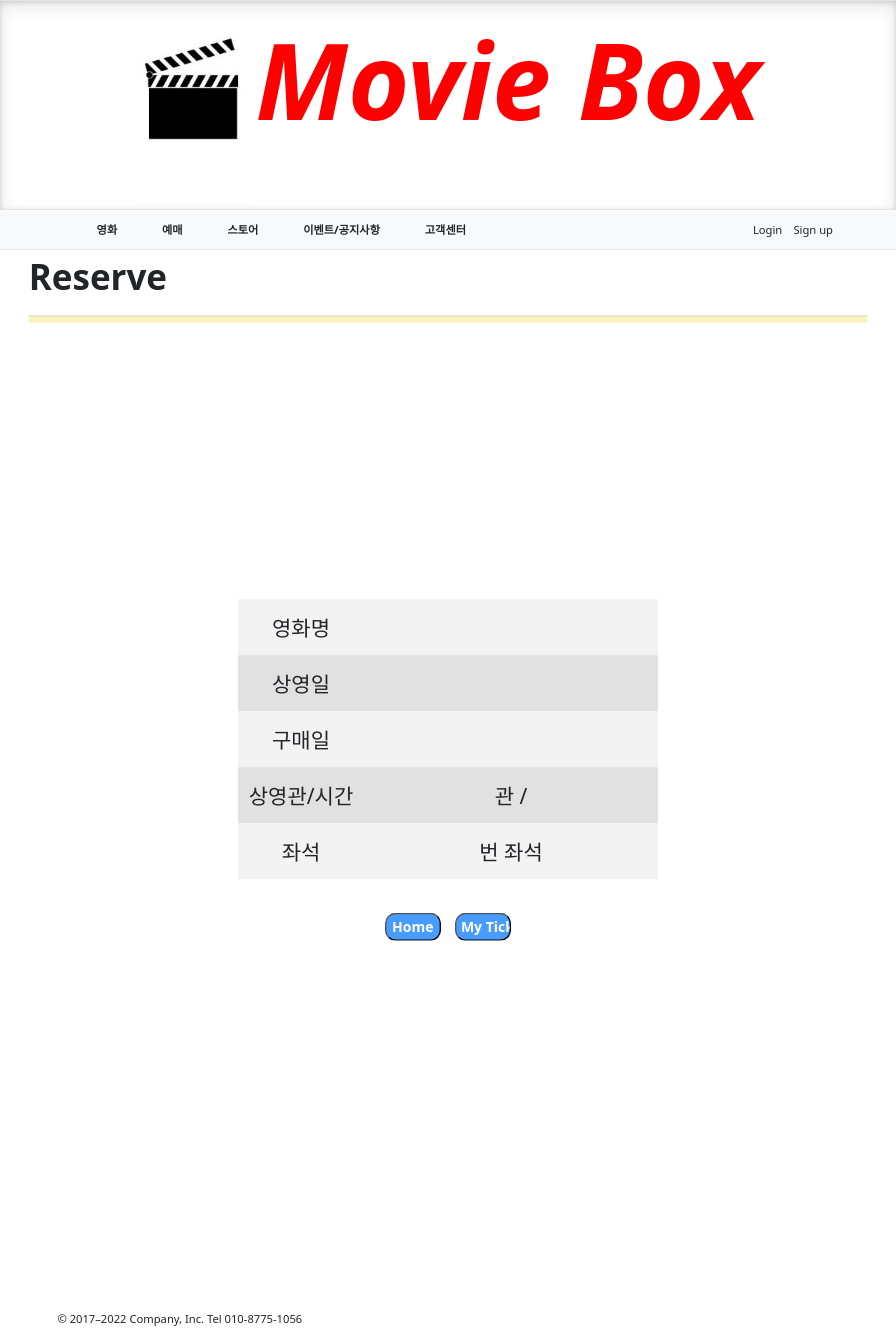
Repository: SpearManCN/MovieBox-2nd-Project-
Page: http://localhost/prj_01/WEB-INF/views/reserveInfo.jsp
The author's editor kept a copy of each file at every save. The page is drawn from the files as they stood at one save, then again after the next save.
The browser window is 1280 px wide. The pictures show the whole page, at 70% of full size.
The page is served by Tomcat 9. Nobody is signed in. Other server files are loaded and not shown. The template is opened directly, without the code that normally fills it, so the values that code supplies are empty.

Above is the page before, as saved 2022-12-20 13:03:13.

### Second project/prj_01/src/main/webapp/WEB-INF/views/reserveInfo.jsp
<%@ page language="java" contentType="text/html; charset=UTF-8"
    pageEncoding="UTF-8"%>
        <%@taglib prefix="c" uri="http://java.sun.com/jsp/jstl/core" %>
<!DOCTYPE html>
<html>
<head>
<meta name="viewport" content="width=device-width, initial-scale=1">
<meta charset="UTF-8">
<link href="https://cdn.jsdelivr.net/npm/bootstrap@5.2.3/dist/css/bootstrap.min.css" rel="stylesheet" integrity="sha384-rbsA2VBKQhggwzxH7pPCaAqO46MgnOM80zW1RWuH61DGLwZJEdK2Kadq2F9CUG65" crossorigin="anonymous">
<script src="/js/jquery-1.11.0.min.js"></script>

<script>
	$(function(){
		var seatStatus = "${requestScope.seatInfo}";


		for(var i=1; i<26; i++){
			if(seatStatus.charAt(i-1)=="0"){
				$("[name=s"+i+"]").css("background-color","red");
				$("[name=selSeat]").append("<option value="+i+">"+i+"</option>");
			}

		}return;



	});



</script>



























</head>
<body>
<%@include file="/WEB-INF/views/commonHeader.jsp" %>

<center>
<table width="1200px">
	<tr>
	<td align="left"><span style="font-size:50px; font-weight:bold;">Reserve</span>
	<tr>
	<td><hr style="height:10px; background-color:#EDD200;">
	<tr>
</table>
</center>
<br>
<br>






<table align="center" width="600px">
 <tr><td  height="330px" colspan="2"></td>
 </tr>
 <tr bgcolor="#F3F3F3" height="80px"><td align="center" width="30%" style="font-size:30px;">영화명</td><td align="center" style="font-size:30px;">${requestScope.reserveInfo["MOVIENAME"]}</td>
</tr>
 <tr bgcolor="#E1E1E1" height="80px"><td align="center" style="font-size:30px;">상영일</td><td align="center" style="font-size:30px;">${requestScope.reserveInfo["SHOWDATE"]}</td>
</tr>
 <tr bgcolor="#F3F3F3" height="80px"><td align="center" style="font-size:30px;">구매일</td><td align="center" style="font-size:30px;">${requestScope.reserveInfo["BUYDATE"]}</td>
</tr>
 <tr bgcolor="#E1E1E1" height="80px"><td align="center" style="font-size:30px;">상영관/시간</td><td align="center" style="font-size:30px;">${requestScope.reserveInfo["THEATERNO"]}관 / ${requestScope.reserveInfo["STARTTIME"]}</td>
</tr>
<tr bgcolor="#F3F3F3" height="80px"><td align="center" style="font-size:30px;">좌석</td><td align="center" style="font-size:30px;">${requestScope.reserveInfo["SEATNO"]}번 좌석</td>
</tr>
</table>
<br><br>
<div align="center" height="400px">
<input align="center" style="font-weight:bold; font-size:20px; color:white; background-color:#489CFF; border-radius:15px; width:80px; height:40px" type="button" value="Home">&nbsp;&nbsp;&nbsp;&nbsp;
<input aling="center" style="font-weight:bold; font-size:20px; color:white; background-color:#489CFF; border-radius:15px; width:80px; height:40px" type="button" value="My Ticket">
</div>
<br><br><br><br><br><br><br><br>
















<%@include file="/WEB-INF/views/commonFooter.jsp" %>
</body>
</html>

### Second project/prj_01/src/main/webapp/WEB-INF/views/commonHeader.jsp
<%@ page language="java" contentType="text/html; charset=UTF-8"
    pageEncoding="UTF-8"%>



<script src="/js/jquery-1.11.0.min.js"></script>
<script>
function goLogin(){document.commonForm.action="/loginForm.do";document.commonForm.submit(); }
function goLoginJoin(){document.commonForm.action="/loginJoinForm.do";document.commonForm.submit();}
function goMyPage(){document.commonForm.action="/myPageHome.do";document.commonForm.submit(); }
function goMainForm(){document.commonForm.action="/mainForm.do";document.commonForm.submit(); }
function goLogout(){
	if(confirm("로그아웃 하시겠습니까?")){
		document.commonForm.action="/logout.do";document.commonForm.submit();
	}

	 }

</script>

<form name="commonForm" method="post"></form>
<div style="height:300px; background-color: white; border-width: 1px 0;
        box-shadow: inset 0 .5em 1.5em rgba(0, 0, 0, .1), inset 0 .125em .5em rgba(0, 0, 0, .15);         border: solid rgba(0, 0, 0, .15);
        border-width: 1px 0;" class="b-example-divider" align="center" >

 <span style="cursor:pointer" onclick="goMainForm();"><img src="resources/img/movieBox2.jpg" >
 <Span  style="font-size: 150px; color:red; font-weight: bold ; font-style: italic;" >Movie Box</Span>

 </span></div>

  <nav class="py-2 bg-light border-bottom">
    <div class="container d-flex flex-wrap">
      <ul class="nav me-auto">
      <li class="nav-item">&emsp;&emsp;&emsp;</li>
        <li class="nav-item"><a href="movieHome.do" class="nav-link link-dark px-2 active" aria-current="page" style="font-weight: bold ;" >영화</a></li>
         <li class="nav-item">&emsp;&emsp;&emsp;</li>
        <li class="nav-item"><a href="reserveForm.do" class="nav-link link-dark px-2" style="font-weight: bold ;">예매</a></li>
         <li class="nav-item">&emsp;&emsp;&emsp;</li>
        <li class="nav-item"><a href="/storeForm.do" class="nav-link link-dark px-2" style="font-weight: bold ;">스토어</a></li>
         <li class="nav-item">&emsp;&emsp;&emsp;</li>
        <li class="nav-item"><a href="/eventForm.do" class="nav-link link-dark px-2" style="font-weight: bold ;">이벤트/공지사항</a></li>
          <li class="nav-item">&emsp;&emsp;&emsp;</li>
        <li class="nav-item"><a href="/serviceForm.do" class="nav-link link-dark px-2" style="font-weight: bold ;">고객센터</a></li>

       </ul>
      <ul class="nav">

      		<%
      		if(session.getAttribute("memNo")==null){session.setAttribute("memNo",0);}
			int memNo = (int)session.getAttribute("memNo");
			if(memNo==0){	%>
        <li class="nav-item"><span class="nav-link link-dark px-2" style="cursor:pointer" onclick="goLogin();">Login</span></li>
			        <li class="nav-item"><span class="nav-link link-dark px-2" style="cursor:pointer" onclick="goLoginJoin();">Sign up</span></li>

			<%}else if(memNo==1){%>
			        <li class="nav-item"><span class="nav-link link-dark px-2" style="cursor:pointer" onclick="goAdmin();">AdminPage</span></li>

    				   <li class="nav-item"><span class="nav-link link-dark px-2" style="cursor:pointer" onclick="goLogout();">Logout</span></li>

			<%}else {%>
			      <li class="nav-item"><span class="nav-link link-dark px-2" style="cursor:pointer" onclick="goMyPage();">My Page</span></li>
    				   <li class="nav-item"><span class="nav-link link-dark px-2" style="cursor:pointer" onclick="goLogout();">Logout</span></li>
 				<%}
		%>






      </ul>
    </div>
  </nav>

### Second project/prj_01/src/main/webapp/WEB-INF/views/commonFooter.jsp
<%@ page language="java" contentType="text/html; charset=UTF-8"
    pageEncoding="UTF-8"%>
<!--====================================================================-->


<br>
<br><br><br><br><br><br><br><br><br><br><br>
<br><br>

  <footer class="container">
    <p class="float-end"></p>
    <p>&copy; 2017–2022 Company, Inc. Tel 010-8775-1056 </p>
  </footer>

<script src="https://cdn.jsdelivr.net/npm/bootstrap@5.2.3/dist/js/bootstrap.bundle.min.js" integrity="sha384-kenU1KFdBIe4zVF0s0G1M5b4hcpxyD9F7jL+jjXkk+Q2h455rYXK/7HAuoJl+0I4" crossorigin="anonymous"></script>

Loaded but not shown: Second project/prj_01/src/main/resources/static/js/jquery-1.11.0.min.js (library)

After the next save:
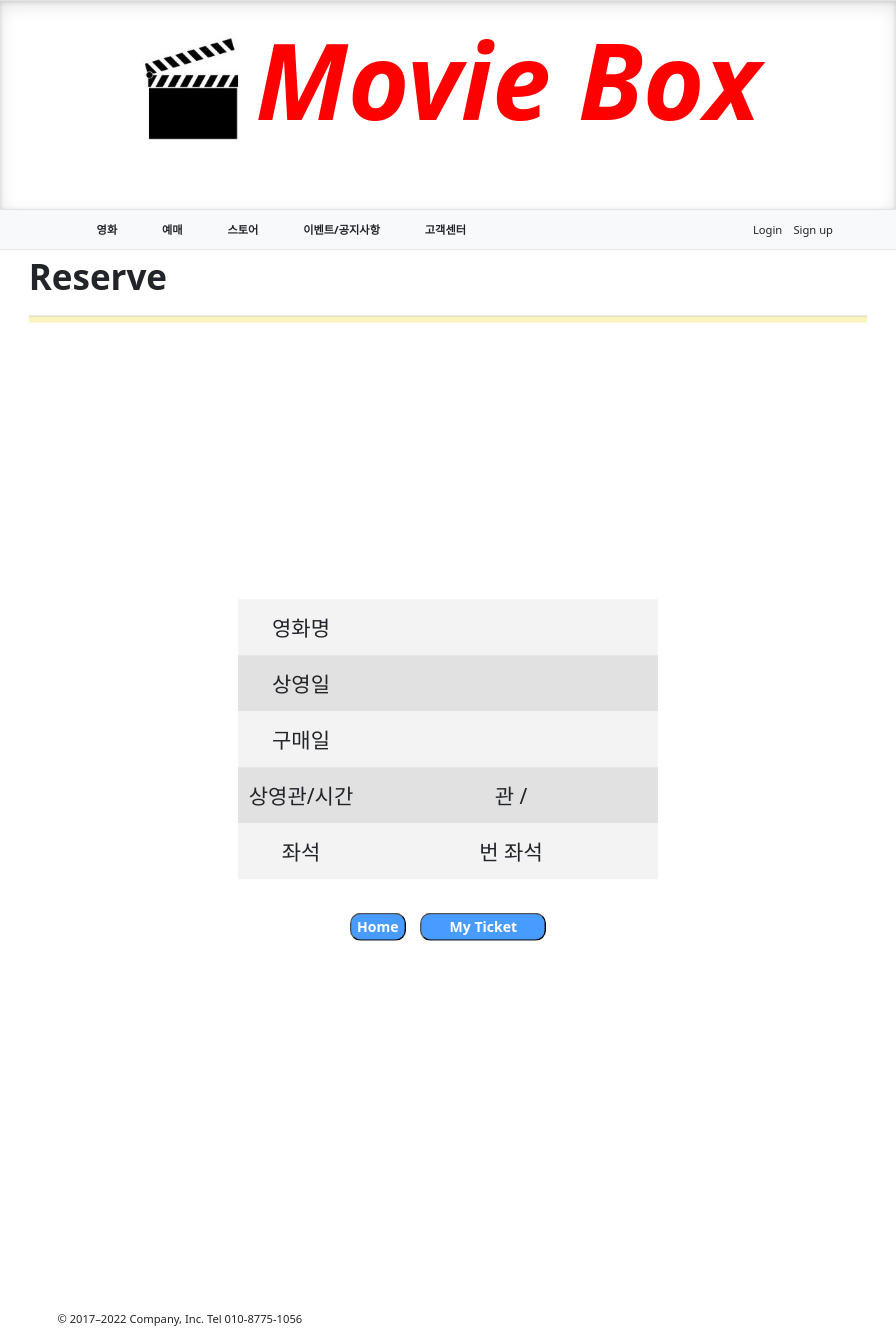
Saved 6 s later.
--- a/Second project/prj_01/src/main/webapp/WEB-INF/views/reserveInfo.jsp
+++ b/Second project/prj_01/src/main/webapp/WEB-INF/views/reserveInfo.jsp
@@ -94,7 +94,7 @@
 <br><br>
 <div align="center" height="400px">
 <input align="center" style="font-weight:bold; font-size:20px; color:white; background-color:#489CFF; border-radius:15px; width:80px; height:40px" type="button" value="Home">&nbsp;&nbsp;&nbsp;&nbsp;
-<input aling="center" style="font-weight:bold; font-size:20px; color:white; background-color:#489CFF; border-radius:15px; width:80px; height:40px" type="button" value="My Ticket">
+<input aling="center" style="font-weight:bold; font-size:20px; color:white; background-color:#489CFF; border-radius:15px; width:180px; height:40px" type="button" value="My Ticket">
 </div>
 <br><br><br><br><br><br><br><br>
 
